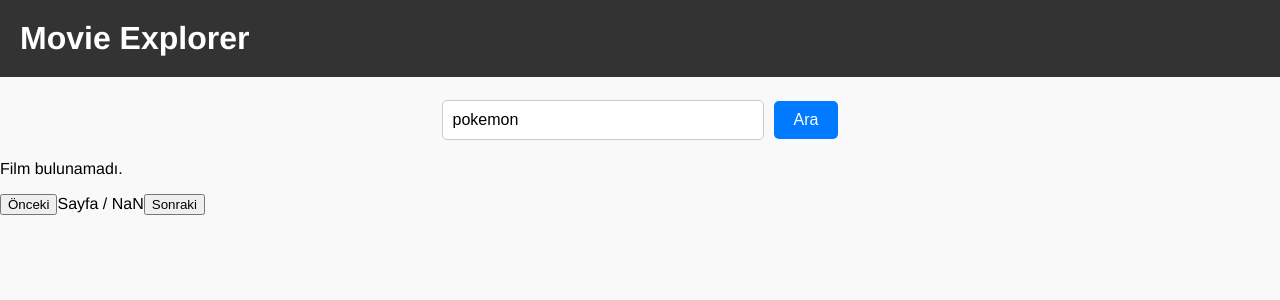
Repository: denizdizi/movie-explorer
Page: /
These files come from the project's save history. The page is drawn as it stood at one moment and after a run of saves; the edit follows.
The browser window is 1280 px wide. The pictures show the whole page.
The page's requests for data from a server got no answer. The project was rebuilt for these pictures with package versions that can differ from the ones it lists, and the page was loaded fresh each time. No one was signed in, and anything a server would have sent is missing. Also part of the build but not shown: src/App.css, src/components/MovieCard.js.

Above is the page before, as saved 2025-03-28 13:18:40.

### src/index.js
import React from 'react';
import ReactDOM from 'react-dom/client';
import './index.css';
import App from './App';
import reportWebVitals from './reportWebVitals';
import { Provider } from 'react-redux';
import store from "./store/store";

const root = ReactDOM.createRoot(document.getElementById('root'));
root.render(
  <Provider store={store}>
    <App />
  </Provider>
);

// If you want to start measuring performance in your app, pass a function
// to log results (for example: reportWebVitals(console.log))
// or send to an analytics endpoint. Learn more: https://bit.ly/CRA-vitals
reportWebVitals();

### src/App.js
import './App.css';
import React from "react";
import { BrowserRouter as Router, Routes, Route } from "react-router-dom";
import Home from "./pages/Home";
import "./styles/global.scss";

function App() {
  return (
    <Router>
      <Routes>
        <Route path="/" element={<Home />} />
        {/* <Route path="/movie/:id" element={<MovieDetails />} /> */}
      </Routes>
    </Router>
  );
}

export default App;

### src/store/store.js
import { createStore, applyMiddleware, combineReducers } from "redux";
import { thunk } from "redux-thunk";
import movieReducer from "./reducers";

const rootReducer = combineReducers({
  movies: movieReducer,
});

const store = createStore(rootReducer, applyMiddleware(thunk));

export default store;

### src/pages/Home.js
import React, { useEffect } from "react";
import { useDispatch, useSelector } from "react-redux";
import { fetchMovies } from "../store/actions";
import { setPage } from "../store/actions";
import MovieList from "../components/MovieList";
import SearchBar from "../components/SearchBar";
import Pagination from "../components/Pagination";

const Home = () => {
  const dispatch = useDispatch();
  const { movies, currentPage, totalResults, loading, error } = useSelector((state) => state);

  useEffect(() => {
    console.log("Current page changed:", currentPage);
    dispatch(fetchMovies("pokemon", currentPage));
  }, [dispatch, currentPage]);

  const handlePageChange = (newPage) => {
    dispatch(setPage(newPage));
  };

  return (
    <div>
      <h1 className="page-title">Movie Explorer</h1>
      <SearchBar />
      {loading && <p>Yükleniyor...</p>}
      {error && <p>Hata: {error}</p>}
      <MovieList movies={movies} />
      <Pagination
        currentPage={currentPage}
        totalResults={totalResults}
        onPageChange={handlePageChange}
      />
    </div>
  );
};

export default Home;

### src/styles/global.scss
body {
    padding-top: 80px;
    font-family: 'Franklin Gothic Medium', 'Arial Narrow', Arial, sans-serif;
    background-color: #f9f9f9;
}

.movie-list {
    justify-content: center;
}

.movie-line {
  display: flex;
  align-items: center;
  margin-bottom: 2em;
  background-color: #f9f9f9;
  gap: 2em;
  justify-content: center;
}

.movie-card {
  width: 200px; /* Kartın genişliği */
  height: 300px; /* Kartın yüksekliği */
  border-radius: 10px; /* Köşeleri yuvarlat */
  box-shadow: 0 4px 8px rgba(0, 0, 0, 0.2); /* Gölgelendirme */
  overflow: hidden; /* İçerik taşmasını engelle */
  background-color: #fff; /* Arka plan beyaz */
  display: flex;
  flex-direction: column; /* İçeriği dikey yerleştir */
  align-items: center;
  justify-content: flex-start; /* Başlık ve içerikler üst kısımda yer alsın */
  padding: 10px;
  border: 1px solid #ddd; /* Çerçeve */
}

.img-container {
  width: 100%; /* Konteynerin genişliği */
  height: 60%; /* Resmin yüksekliği */
  overflow: hidden;
  padding: 0; /* Paddingi sıfırlayın */
  display: flex;
  justify-content: center;
  align-items: center; /* Resmin ortalanması için */
  border-radius: 5px;
}

.img-container img {
  width: 100%;
  height: 100%;
  object-fit: cover; /* Resmi konteynere tam sığdır */
  object-position: center;
}

.movie-card h3 {
  margin-top: 10px;
  font-size: 16px;
  text-align: center;
}

@media (max-width: 700px) {
  .movie-line {
    flex-direction: column;
  }

  .img-container {
    height: 60%; /* Küçük ekranlarda img-container yüksekliğini azaltın */
  }
}

.search-bar {
    display: flex;
    align-items: center;
    justify-content: center;
    margin: 20px 0;
  }

  .input-wrapper {
    display: flex;
    position: relative;
  }

  .search-input {
    padding: 10px;
    font-size: 1rem;
    border-radius: 5px;
    border: 1px solid #ccc;
    width: 300px;
    transition: all 0.3s ease;
  }

  .search-input:focus {
    border-color: #007bff;
    outline: none;
  }

  .clear-btn {
    position: absolute;
    top: 50%;
    right: 10px;
    transform: translateY(-50%);
    background: none;
    border: none;
    font-size: 18px;
    color: #ccc;
    cursor: pointer;
    transition: color 0.3s;
  }

  .clear-btn:hover {
    color: #007bff;
  }

  .search-btn {
    padding: 10px 20px;
    background-color: #007bff;
    color: white;
    border: none;
    border-radius: 5px;
    cursor: pointer;
    margin-left: 10px;
    font-size: 1rem;
  }

  .search-btn:hover {
    background-color: #0056b3;
  }

  .page-title {
    background-color: #333; /* Başlık arkaplan rengini koyu gri yapıyoruz */
    color: #fff; /* Yazı rengini beyaz yapıyoruz */
    padding: 20px; /* Arka planın etrafına biraz boşluk ekliyoruz */
    font-size: 2em; /* Başlık boyutunu büyütüyoruz */
    position: fixed; /* Başlık sabitlenecek */
    top: 0; /* Başlık üstte olacak */
    left: 0; /* Başlık solda olacak */
    width: 100%; /* Başlık tam genişlikte olacak */
    z-index: 1000; /* Başlık, diğer içeriklerin üstünde yer alacak */
    margin-top: 0;
  }

### src/store/reducers.js
import { SET_PAGE, FETCH_MOVIES_REQUEST, FETCH_MOVIES_SUCCESS, FETCH_MOVIES_FAILURE } from "./actions";

const initialState = {
  movies: [],
  totalResults: "0",
  currentPage: 1,
  loading: false,
  error: null,
};

const movieReducer = (state = initialState, action) => {
  switch (action.type) {
    case SET_PAGE:
      return {
        ...state,
        currentPage: action.payload,
      };
    case FETCH_MOVIES_REQUEST:
      return { ...state, loading: true };
    case FETCH_MOVIES_SUCCESS:
      return { ...state, loading: false, movies: action.payload.movies, totalResults: action.payload.totalResults };
    case FETCH_MOVIES_FAILURE:
      return { ...state, loading: false, error: action.payload };
    default:
      return state;
  }
};

export default movieReducer;

### src/store/actions.js
import { searchMovies } from "../utils/api";

export const FETCH_MOVIES_REQUEST = "FETCH_MOVIES_REQUEST";
export const FETCH_MOVIES_SUCCESS = "FETCH_MOVIES_SUCCESS";
export const FETCH_MOVIES_FAILURE = "FETCH_MOVIES_FAILURE";

export const fetchMovies = (query = "pokemon", page = 1) => async (dispatch) => {
  dispatch({ type: FETCH_MOVIES_REQUEST });

  try {
    const data = await searchMovies(query, page);
    dispatch({ type: FETCH_MOVIES_SUCCESS, payload: {movies: data.Search, totalResults: data.totalResults} });
  } catch (error) {
    dispatch({ type: FETCH_MOVIES_FAILURE, payload: error.message });
  }
};

export const SET_PAGE = "SET_PAGE";

export const setPage = (page) => ({
  type: SET_PAGE,
  payload: page,
});

### src/components/MovieList.js
import React from "react";
import MovieCard from "./MovieCard";

const MovieList = ({ movies }) => {
  if (!movies || !movies.movies || movies.movies.length === 0) {
    return <p>Film bulunamadı.</p>;
  }

  return (
    <div className="movie-list">
      <div className="row movie-line">
        {movies.movies.slice(0, 5).map((movie) => (
          <MovieCard key={movie.imdbID} movie={movie} />
        ))}
      </div>
      <div className="row movie-line">
        {movies.movies.slice(5, 10).map((movie) => (
          <MovieCard key={movie.imdbID} movie={movie} />
        ))}
      </div>
    </div>
  );
};

export default MovieList;

### src/components/SearchBar.js
import React, { useState } from "react";
import { useDispatch } from "react-redux";
import { fetchMovies } from "../store/actions";

const SearchBar = () => {
  const [query, setQuery] = useState("pokemon");
  const dispatch = useDispatch();

  const handleSearch = (e) => {
    e.preventDefault();
    if (query.trim() !== "") {
      dispatch(fetchMovies(query));
    }
  };

  return (
    <form onSubmit={handleSearch} className="search-bar">
      <div className="input-wrapper">
        <input
          type="text"
          placeholder="Film ara..."
          value={query}
          onChange={(e) => setQuery(e.target.value)}
          className="search-input"
        />
      </div>
      <button type="submit" className="search-btn">
        Ara
      </button>
    </form>
  );
};

export default SearchBar;

### src/components/Pagination.js
import React from "react";
import { useDispatch, useSelector } from "react-redux";
import { setPage } from "../store/actions";

const Pagination = ({currentPage, totalResults, onPageChange}) => {
  const dispatch = useDispatch();
  const totalPages = Math.ceil(totalResults / 10);

  const handleNext = () => {
    if (currentPage < totalPages) {
      onPageChange(currentPage + 1);
    }
  };

  const handlePrev = () => {
    if (currentPage > 1) {
      onPageChange(currentPage - 1);
    }
  };

  return (
    <div className="pagination">
      <button onClick={handlePrev} disabled={currentPage === 1}>
        Önceki
      </button>
      <span>Sayfa {currentPage} / {totalPages}</span>
      <button onClick={handleNext} disabled={currentPage === totalPages}>
        Sonraki
      </button>
    </div>
  );
};

export default Pagination;

### src/utils/api.js
import axios from "axios";

const API_KEY = "df54e6ed";
const BASE_URL = "https://www.omdbapi.com/";

export const searchMovies = async (text = "pokemon", page = 1) => {
  try {
    const response = await axios.get(BASE_URL, {
      params: {
        apikey: API_KEY,
        s: text,
        page: page,
      },
    });
    return response.data;
  } catch (error) {
    console.error("Film arama hatası:", error);
    return [];
  }
};

export const getMovieDetails = async (movieID) => {
  try {
    const response = await axios.get(BASE_URL, {
      params: {
        apikey: API_KEY,
        i: movieID,
      },
    });
    return response.data;
  } catch (error) {
    console.error("Film detaylarını getirme hatası:", error);
    return null;
  }
};

Loaded but not shown: public/index.html (common file); src/index.css (common file); src/reportWebVitals.js (common file); src/styles/movie.scss (no stored copy; drawn as an empty file)

After the next 3 saves:
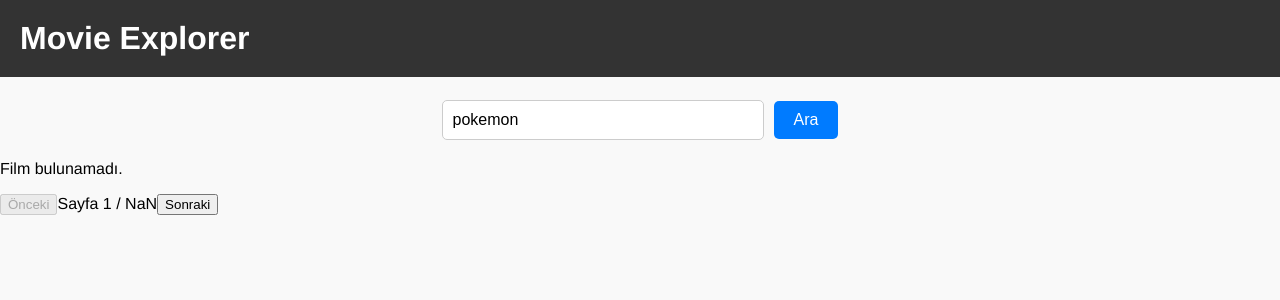
The 3 saves are shown as one change because 2 did not build or start.
The last was saved 2 min 21 s later.
--- a/src/pages/Home.js
+++ b/src/pages/Home.js
@@ -8,12 +8,12 @@ import Pagination from "../components/Pagination";
 
 const Home = () => {
   const dispatch = useDispatch();
-  const { movies, currentPage, totalResults, loading, error } = useSelector((state) => state);
+  const { movies } = useSelector((state) => state);
 
   useEffect(() => {
-    console.log("Current page changed:", currentPage);
-    dispatch(fetchMovies("pokemon", currentPage));
-  }, [dispatch, currentPage]);
+    console.log("Current page changed:", movies.currentPage);
+    dispatch(fetchMovies("pokemon", movies.currentPage));
+  }, [dispatch, movies.currentPage]);
 
   const handlePageChange = (newPage) => {
     dispatch(setPage(newPage));
@@ -23,12 +23,12 @@ const Home = () => {
     <div>
       <h1 className="page-title">Movie Explorer</h1>
       <SearchBar />
-      {loading && <p>Yükleniyor...</p>}
-      {error && <p>Hata: {error}</p>}
+      {movies.loading && <p>Yükleniyor...</p>}
+      {movies.error && <p>Hata: {movies.error}</p>}
       <MovieList movies={movies} />
       <Pagination
-        currentPage={currentPage}
-        totalResults={totalResults}
+        currentPage={movies.currentPage}
+        totalResults={movies.totalResults}
         onPageChange={handlePageChange}
       />
     </div>
